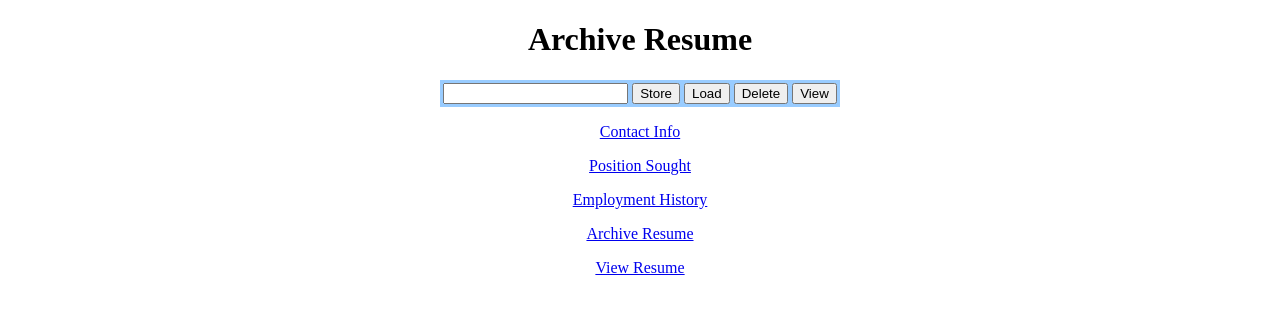
Repository: HyveMynd/cs4540
Page: http://localhost/archive.php
The author's editor kept a copy of each file at every save. The page is drawn from the files as they stood at one save, then again after the next save.
The browser window is 1280 px wide. The pictures show the whole page.
Some web libraries are served in a nearby version. The page is run by PHP 8.4 with error messages shown; the project is at /var/www/html/.

Above is the page before, as saved 2013-02-18 06:55:32.

### ps5/archive.php
<?php
require 'functions.php';
session_start();
?>
<!DOCTYPE html PUBLIC "-//W3C//DTD HTML 4.01 Transitional//EN" "http://www.w3.org/TR/html4/loose.dtd">
<html>
<head>
<meta http-equiv="Content-Type" content="text/html; charset=UTF-8">
<link rel="stylesheet" href="style.css" type="text/css" />
<script src="//ajax.googleapis.com/ajax/libs/jquery/1.8.2/jquery.min.js" type="text/javascript"></script>
<script src=resume.js type="text/javascript"></script>
<title>Employment History</title>
</head>
<body class='archive'>
	<h1>Archive Resume</h1>
	<form method="post">
	<table>
		<tr>
			<td><input name="resumeName" type="text" value="<?php sticky('resumeName')?>" maxlength="20" required /></td>
			<td><input type="submit" value="Store" /></td>
			<td><input type="submit" value="Load" /></td>
			<td><input type="submit" value="Delete" /></td>
			<td><input type="submit" value="View" /></td>
		</tr>
	</table>
	</form>
	<p><a href="contactInfo.php" >Contact Info</a></p>
	<p><a href="positionSought.php" >Position Sought</a></p>
	<p><a href="employmentHistory.php" >Employment History</a></p>
	<p><a href="archive.php" >Archive Resume</a></p>
	<p><a href="resume.php" >View Resume</a></p>
</body>

### ps5/functions.php
<?php

//output session variables if they are set
function sticky ($name){
	if (isset($_REQUEST[$name])){
		$_SESSION[$name] = $_REQUEST[$name];
		echo $_REQUEST[$name];
	}
	elseif (isset($_SESSION[$name])){
		echo $_SESSION[$name];
	}
}

?>

### ps5/style.css
@CHARSET "UTF-8";

body{
	background-color:#FFFFFF;
	font:arial, sans-serif;
	text-align:center;
	margin-left:auto;
	margin-right: auto;
}
div{
	background-color:#99CCFF;
	width:400px;
	margin-left:auto;
	margin-right: auto;
	height:80px
}
table{
	background-color:#99CCFF;
	font-size:15px;
	font-style:normal;
	margin-left:auto;
	margin-right:auto;
}

### ps5/resume.js
function addField(){
	$('h1').append("<section><table><tr><td>Enter the Start Date:</td><td><input name='startDate[]' type=date value='' required /></td><td><input class='remove' type='button' value='remove' /></td></tr><tr><td>Enter the End Date:</td><td><input name='endDate[]' type=date value='' required /></td></tr></table><table><tr><th>Enter a brief description of your responsibilities:</th></tr><tr><td><textarea name='desc[]' rows=10 cols=50 required></textarea></td></tr></table></section>");
	attachRemove();
};

function initializeFields(n){
	$('h1').append("<section><table><tr><td>Enter the Start Date:</td><td><input name='startDate[]' type=date value='"+startArray[n]+"' required /></td><td><input class='remove' type='button' value='remove' /></td></tr><tr><td>Enter the End Date:</td><td><input name='endDate[]' type=date value='"+endArray[n]+"' required /></td></tr></table><table><tr><th>Enter a brief description of your responsibilities:</th></tr><tr><td><textarea name='desc[]' rows=10 cols=50 required>"+descArray[n]+"</textarea></td></tr></table></section>");
};

function populateFields(count){
	for (var i = 0; i < count; i++)
		initializeFields(i);
}

function addReadonly(n){
	for (var i = 0; i < n; i++)
		$('#employ').append("<table><tr><td>Enter the Start Date:</td><td><input name='startDate[]' type=date value='"+startArray[i]+"' readonly /></td></tr><tr><td>Enter the End Date:</td><td><input name='endDate[]' type=date value='"+endArray[i]+"' readonly /></td></tr></table><table><tr><th>Enter a brief description of your responsibilities:</th></tr><tr><td><textarea name='desc[]' rows=10 cols=50 readonly>"+descArray[i]+"</textarea></td></tr></table>");
}

function highlightInput(input){
	$(input).css('border', '3px #FF0000 solid');
}

function attachRemove(){
	$('.remove').click(function (){
		removeSection($(this));
	});
}

function removeSection(button){
	$(button).closest($('section')).remove();
}

function validate(){
	var invalid = false;

	//loop through inputs
	$('input').each(function (){
		if ($(this).val() == ''){
			highlightInput($(this));
			invalid = true;
		}
	});

	//loop through textareas
	$('textarea').each(function (){
		if ($(this).val() == ''){
			highlightInput($(this));
			invalid = true;
		}
	});
	if(!invalid)
		$('form').submit();
}

After the next save:
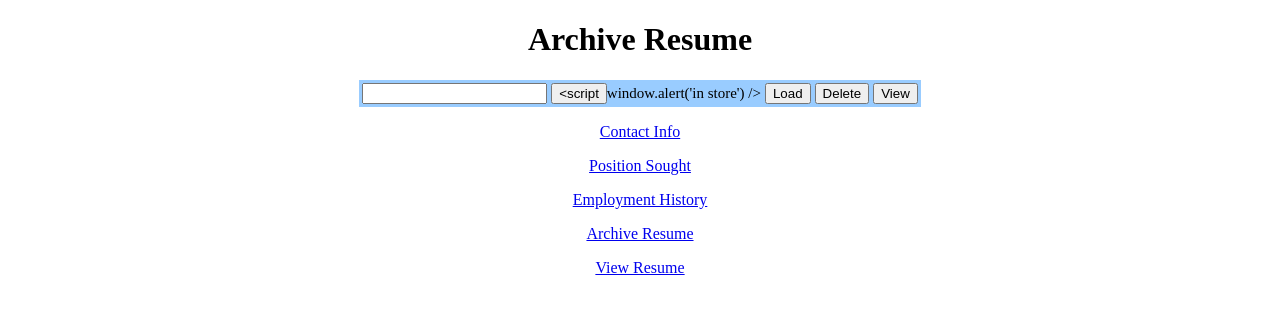
Saved 68 s later.
--- a/ps5/archive.php
+++ b/ps5/archive.php
@@ -17,7 +17,8 @@
 	<table>
 		<tr>
 			<td><input name="resumeName" type="text" value="<?php sticky('resumeName')?>" maxlength="20" required /></td>
-			<td><input type="submit" value="Store" /></td>
+			<td><input type="submit" value=<?php echo "<script type='text/javascript'>window.alert('in store')</script>";
+			 ?> /></td>
 			<td><input type="submit" value="Load" /></td>
 			<td><input type="submit" value="Delete" /></td>
 			<td><input type="submit" value="View" /></td>

After the save that followed:
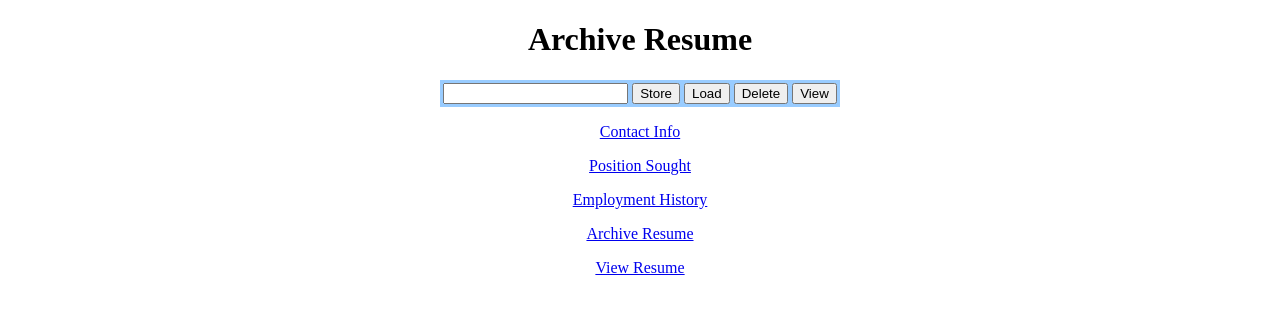
Saved 23 s later.
--- a/ps5/archive.php
+++ b/ps5/archive.php
@@ -17,8 +17,7 @@
 	<table>
 		<tr>
 			<td><input name="resumeName" type="text" value="<?php sticky('resumeName')?>" maxlength="20" required /></td>
-			<td><input type="submit" value=<?php echo "<script type='text/javascript'>window.alert('in store')</script>";
-			 ?> /></td>
+			<td><input type="submit" value="Store" /></td>
 			<td><input type="submit" value="Load" /></td>
 			<td><input type="submit" value="Delete" /></td>
 			<td><input type="submit" value="View" /></td>
